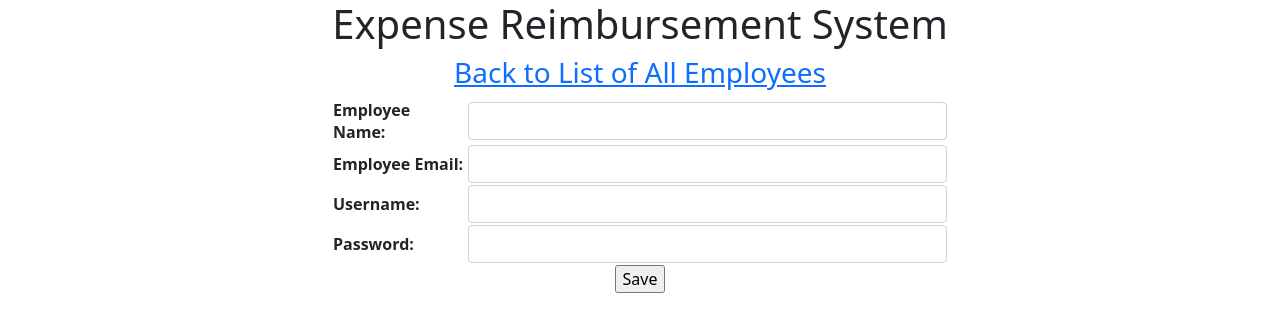
Repository: CCunningham0/project1
Page: http://localhost/reimbursement/employee-form.jsp
The author's editor kept a copy of each file at every save. The page is drawn from the files as they stood at one save, then again after the next save.
The browser window is 1280 px wide. The pictures show the whole page.
The page is served by Tomcat 10. Other server files are loaded and not shown.

Above is the page before, as saved 2021-09-07 05:35:34.

### reimbursement/src/main/webapp/employee-form.jsp
<html>
<head>
<meta charset="UTF-8">
<title>Expense Reimbursement System</title>
<link href="https://cdn.jsdelivr.net/npm/bootstrap@5.1.0/dist/css/bootstrap.min.css" rel="stylesheet" integrity="sha384-KyZXEAg3QhqLMpG8r+8fhAXLRk2vvoC2f3B09zVXn8CA5QIVfZOJ3BCsw2P0p/We" crossorigin="anonymous">
<script src="https://cdn.jsdelivr.net/npm/bootstrap@5.1.0/dist/js/bootstrap.bundle.min.js" integrity="sha384-U1DAWAznBHeqEIlVSCgzq+c9gqGAJn5c/t99JyeKa9xxaYpSvHU5awsuZVVFIhvj" crossorigin="anonymous"></script>
<script type="text/javascript" language="javascript" src="https://code.jquery.com/jquery-3.5.1.js"></script>
<script type="text/javascript">
</script>

</head>

<body style="background-color:light-grey;">



<div class="container-fluid">
<div class="row">
	<div class="col-md-3"></div>
	<div class="col-md-6" style="text-align:center;" >
	 <h1>Expense Reimbursement System</h1>
        <h3>
         <a href="employee-list.jsp">Back to List of All Employees</a>
        </h3>


	<form action="http://localhost:8080/reimbursement/EmployeeServlet?action=add" method="post">
        <table>
        <tr>
                <th>Employee Name: </th>
                <td>
                 <input class="form-control" type="text" name="name" size="45"

                  />
                </td>
            </tr>
            <tr>
                <th>Employee Email: </th>
                <td>
                 <input class="form-control"  type="text" name="email" size="45"

                 />
                </td>
            </tr>
            <tr>
                <th>Username: </th>
                <td>
                 <input class="form-control"  type="text" name="username" size="15"

                 />
                </td>
            </tr>
            <tr>
                <th>Password: </th>
                <td>
                 <input class="form-control" type="number" name="password" size="15"/>
                </td>
            </tr>
            <!-- <tr>
                <th>Type </th>
                <td>
				  <input type="radio" id="emp" name="type" value="Employee">
				  <label for="emp">Employee</label>
				  <br>
				  <input type="radio" id="manager" name="type" value="Finance manager">
				  <label for="manager">Finance manager</label>
                </td>
            </tr> -->
            <tr>
             <td colspan="2" align="center">
              <input type="submit" value="Save" />
             </td>
            </tr>
        </table>
   </form>


	</div>

	<div class="col-md-3"></div>
</div>

</div>


</body>
</html>

After the next save:
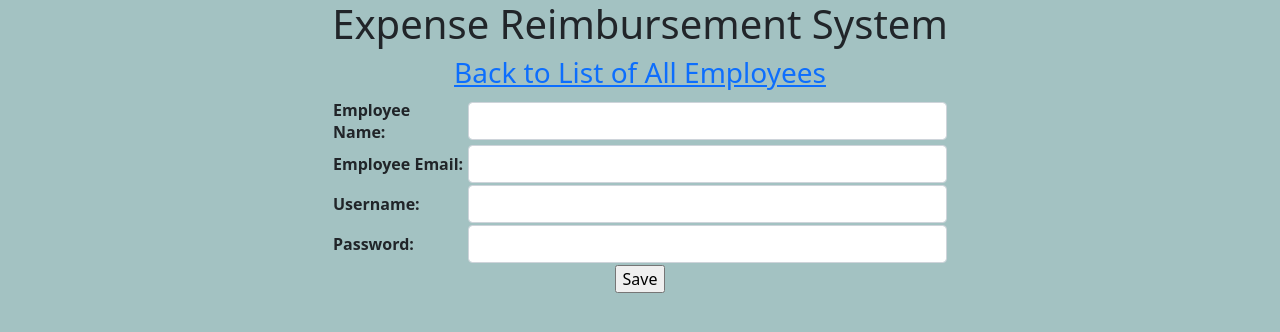
Saved 75 s later.
--- a/reimbursement/src/main/webapp/employee-form.jsp
+++ b/reimbursement/src/main/webapp/employee-form.jsp
@@ -10,7 +10,7 @@
 
 </head>
 
-<body style="background-color:light-grey;">
+<body style="background-color: #a3c2c2;">
 
 
 
